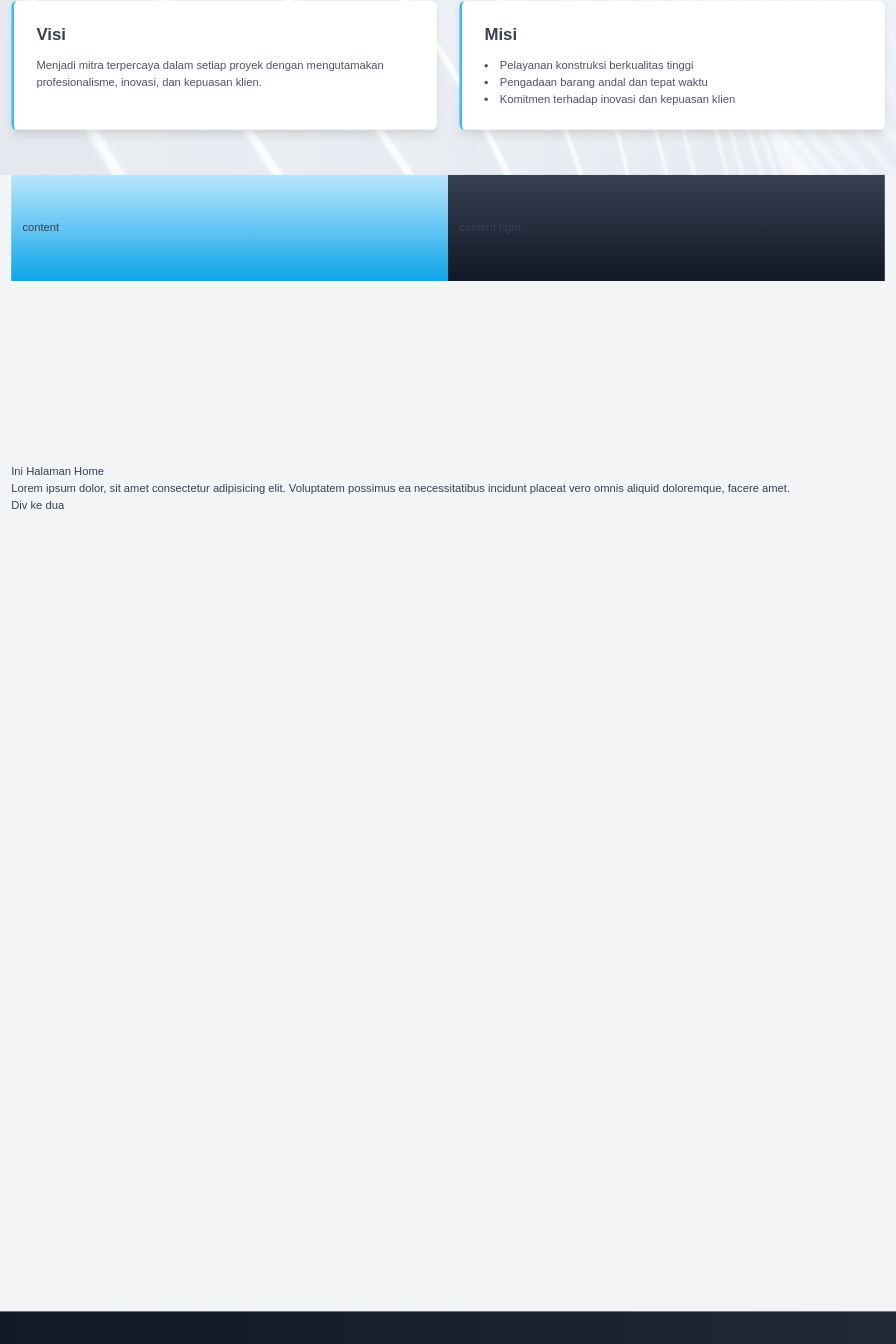
Repository: PrasBaldin/next-mulse
Page: /
The author's editor kept a copy of each file at every save. The page is drawn from the files as they stood at one save, then again after the next save.
The browser window is 1280 px wide. The pictures show the part of the page from y = 1718 to 3638 px (the page is 3989 px tall before and 3893 px after), at 70% of full size.
The project was rebuilt for these pictures with package versions that can differ from the ones it lists, and the page was loaded fresh each time. The framework's server and built-in components were replaced by stand-ins that run in the browser. Also part of the build but not shown: next.config.ts.

Above is the page before, as saved 2025-02-23 04:15:57.

After the next save:
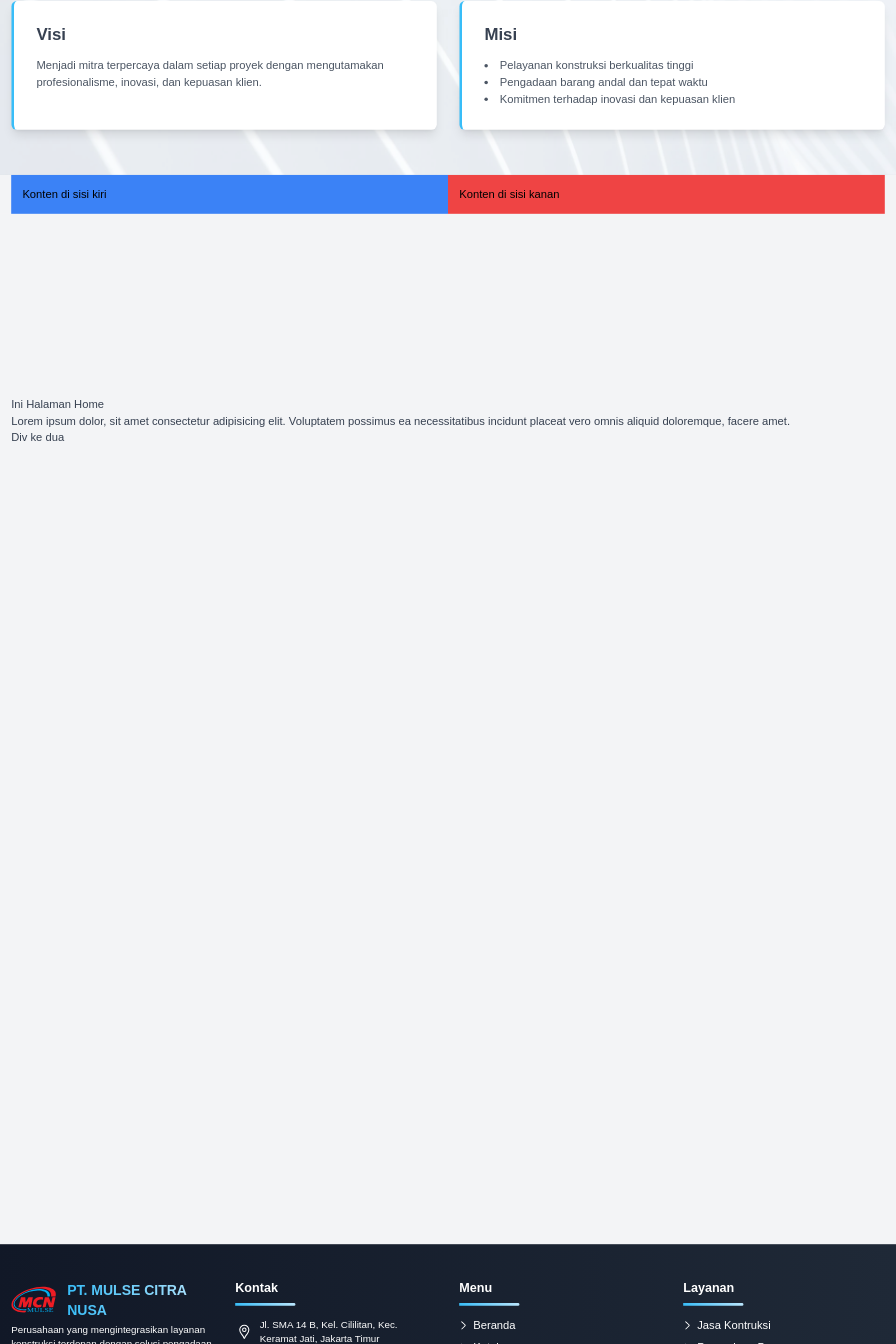
Saved 4 min 20 s later.
--- a/app/services/page.tsx
+++ b/app/services/page.tsx
@@ -1,23 +1,18 @@
 const ServicesPage = () => {
     return (
         <>
-            <section className="Services container">
-                <div className="flex flex-col lg:flex-row items-center">
-                    <div className="w-full lg:w-1/2 py-16 bg-gradient-to-b from-sky-200 to-sky-500 dark:bg-gray-900 text-gray-700 dark:text-gray-100 transition duration-500 ease-in-out">
-                        <div className="container">
-                            <div className="Services-left">
-                                <span>content</span>
-                            </div>
+            <section className="Services">
+                <div class="container mx-auto">
+                    <div class="flex w-full">
+                        <div class="w-1/2 bg-blue-500 p-4">
+                            <p>Konten di sisi kiri</p>
                         </div>
-                    </div>
-                    <div className="w-full lg:w-1/2 py-16 bg-gradient-to-b from-gray-700 to-gray-900 dark:bg-gray-900 text-gray-700 dark:text-gray-100 transition duration-500 ease-in-out">
-                        <div className="container">
-                            <div className="Services-right">
-                                <span>content right</span>
-                            </div>
+                        <div class="w-1/2 bg-red-500 p-4">
+                            <p>Konten di sisi kanan</p>
                         </div>
                     </div>
                 </div>
+
             </section>
         </>
     );
